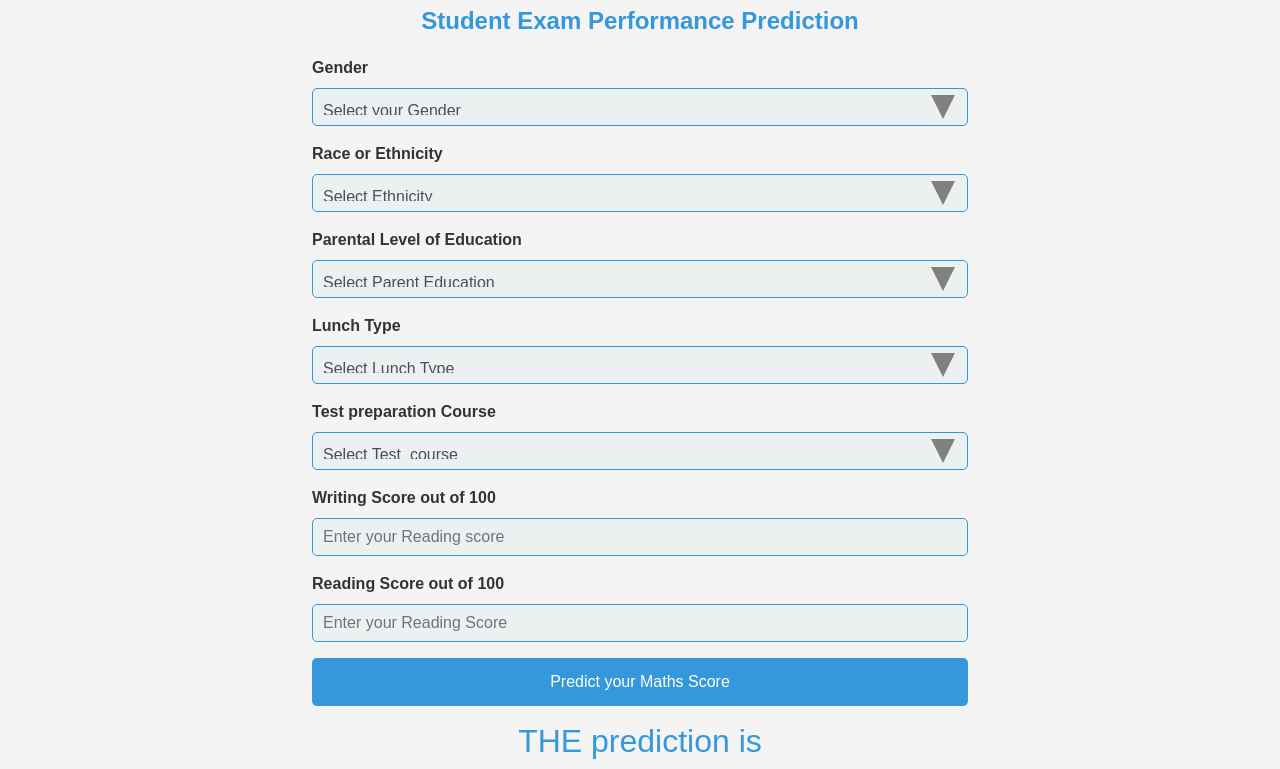
Repository: shaily29-eng/Performance-Indicator-ML
Page: http://localhost/predictdata
These files come from the project's save history. The page is drawn as it stood at one moment and after the next save; the edit follows.
The browser window is 1280 px wide. The pictures show the whole page.
The page is served by the project's application, run on Flask 3 (app.py).

Above is the page before, as saved 2023-12-01 02:23:24.

After the next save:
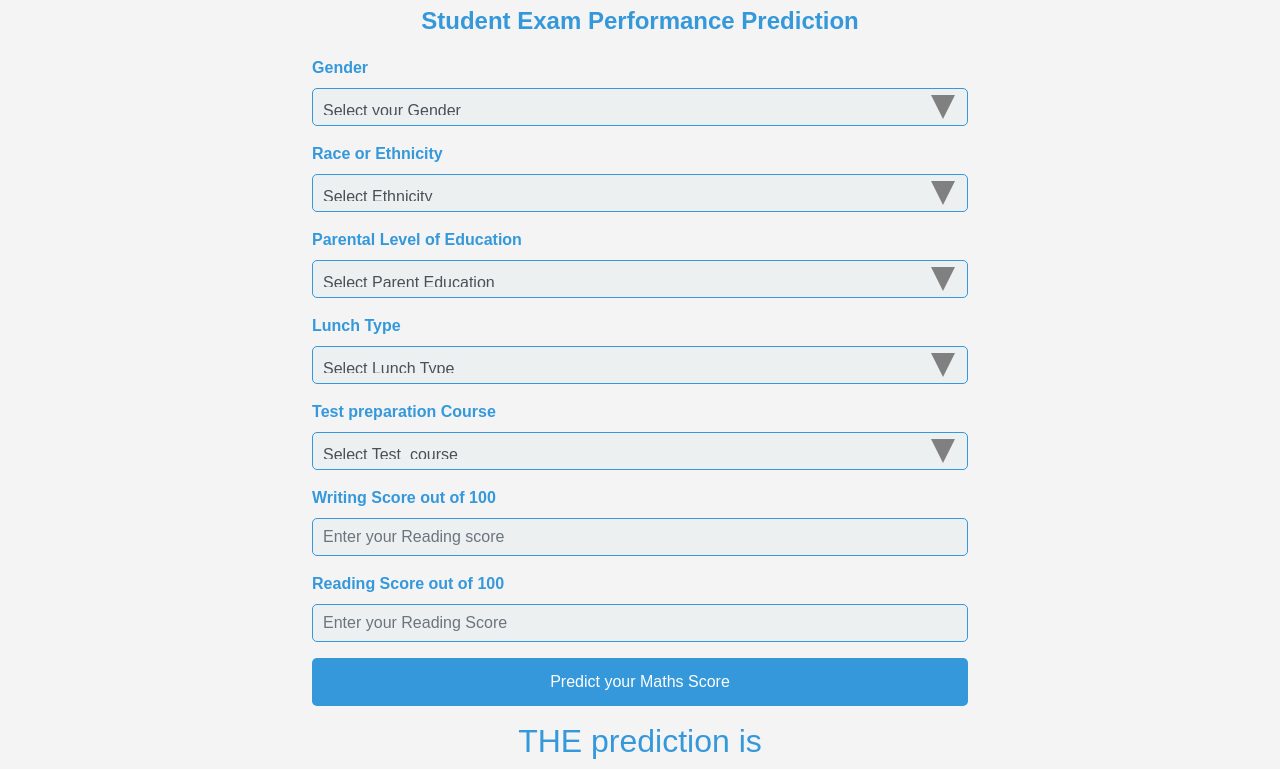
Saved 76 s later.
--- a/templates/styles.css
+++ b/templates/styles.css
@@ -24,7 +24,7 @@ body {
 
 label {
     font-weight: bold;
-    color: #333333;
+    color: #3498db;
 }
 
 .form-control {
